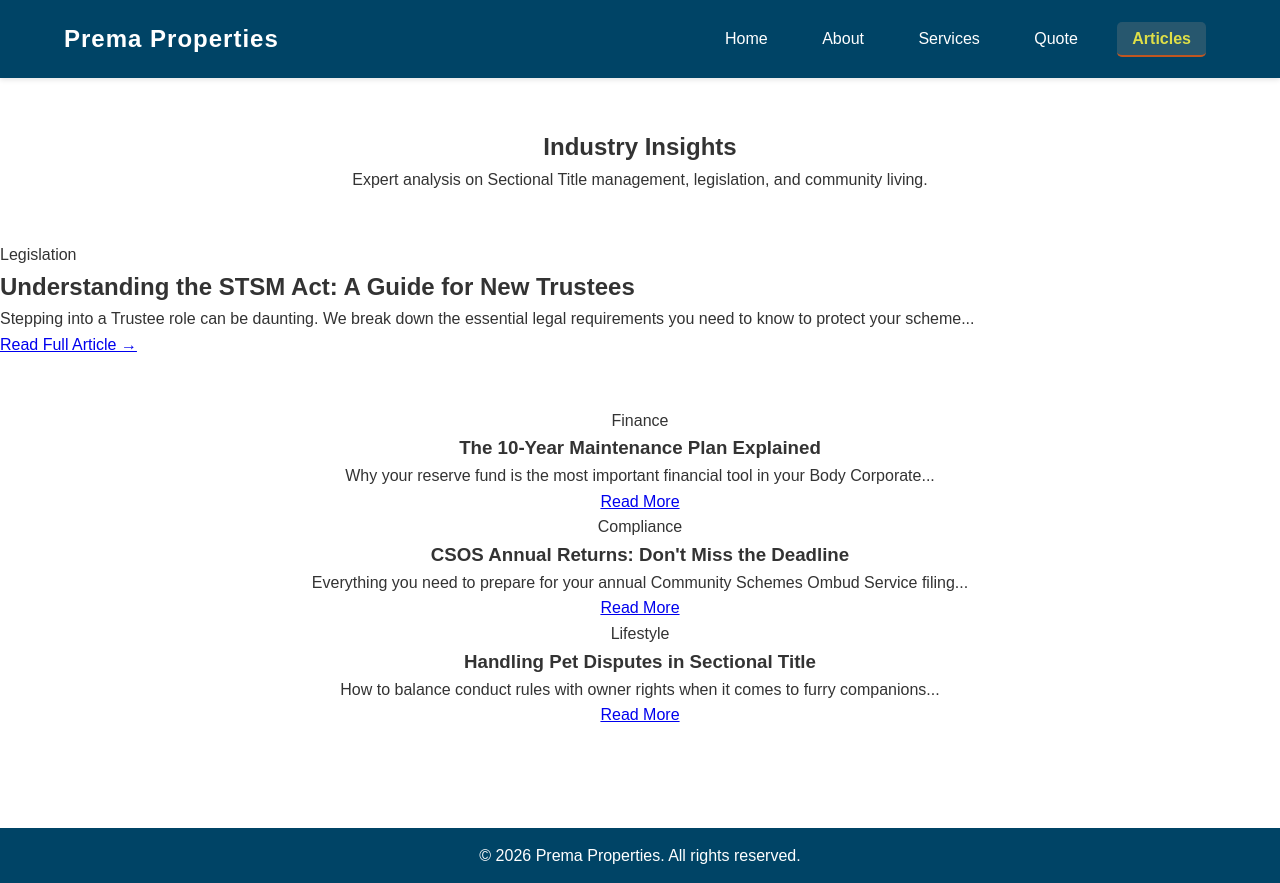
Repository: mnqobiMenzi/Prema-Properties
Page: articles.html
These files come from the project's save history. The page is drawn as it stood at one moment and after the next save; the edit follows.
The browser window is 1280 px wide. The pictures show the whole page.

Above is the page before, as saved 2026-02-08 10:23:20.

### articles.html
<!DOCTYPE html>
<html lang="en">
<head>
  <meta charset="UTF-8">
  <meta name="viewport" content="width=device-width, initial-scale=1.0">
  <title>Insights & Articles | Prema Properties</title>
  <link rel="stylesheet" href="CSS/style.css">
</head>
<body>

  <header>
    <div class="logo">Prema Properties</div>
    <nav>
      <a href="index.html">Home</a>
      <a href="about-us.html">About</a>
      <a href="services.html">Services</a>
      <a href="quote.html">Quote</a>
      <a href="#articles" class="active">Articles</a>
    </nav>
  </header>

  <main class="container reveal">
    <section class="articles-header">
      <h1>Industry Insights</h1>
      <p>Expert analysis on Sectional Title management, legislation, and community living.</p>
    </section>

    <article class="featured-post">
      <div class="post-content">
        <span class="category-tag">Legislation</span>
        <h2>Understanding the STSM Act: A Guide for New Trustees</h2>
        <p>Stepping into a Trustee role can be daunting. We break down the essential legal requirements you need to know to protect your scheme...</p>
        <a href="article-single.html" class="read-more">Read Full Article →</a>
      </div>
    </article>

    <section class="articles-grid">
      <div class="post-card">
        <span class="category-tag">Finance</span>
        <h3>The 10-Year Maintenance Plan Explained</h3>
        <p>Why your reserve fund is the most important financial tool in your Body Corporate...</p>
        <a href="#">Read More</a>
      </div>

      <div class="post-card">
        <span class="category-tag">Compliance</span>
        <h3>CSOS Annual Returns: Don't Miss the Deadline</h3>
        <p>Everything you need to prepare for your annual Community Schemes Ombud Service filing...</p>
        <a href="#">Read More</a>
      </div>

      <div class="post-card">
        <span class="category-tag">Lifestyle</span>
        <h3>Handling Pet Disputes in Sectional Title</h3>
        <p>How to balance conduct rules with owner rights when it comes to furry companions...</p>
        <a href="#">Read More</a>
      </div>
    </section>
  </main>

  <footer>
    <p>© 2026 Prema Properties. All rights reserved.</p>
  </footer>

</body>
</html>

### CSS/style.css
* {
  margin: 0;
  padding: 0;
  box-sizing: border-box;
  font-family: Arial, sans-serif;
}

.my-custom-icon {
    font-size: 24px;
    color: #0c4a6e;
}
body {
  line-height: 1.6;
  color: #333;
}

/* Header */
header {
  position: sticky;
  top: 0;
  display: flex;
  justify-content: space-between;
  align-items: center;
  padding: 15px 30px;
  background: #004466;
  color: #fff;
  z-index: 1000;
}
header .logo {
  font-size: 1.5em;
  font-weight: 700;
  font-family: 'Poppins', sans-serif;
  color: #fff;
  letter-spacing: 1px;
  display: flex;
  align-items: center;
}
header nav a {
  margin: 0 10px;
  color: #fff;
  padding: 8px 15px;
  border-radius: 5px;
  text-decoration: none;
  font-weight: 500;
  font-family: 'Poppins', sans-serif;
  transition: color 0.3s ease, border-bottom 0.3s ease;
}

header nav a:hover {
  color: #fff;
  background: rgba(128, 128, 128, 0.3);
  padding-bottom: 3px;
}
/* Active link */
header nav a.active {
  background: rgba(128, 128, 128, 0.3);
  font-weight: bold;
  color: rgb(223, 223, 71);
}
/* Hero */
.hero {
  background-image: url('C:/Users/21311/OneDrive/Desktop/Prema Properties/images/Sectional-Title-Disputes.jpg');
  background-repeat: no-repeat;
  background-size: cover;
  height: 120vh;
  width: 100%;
  background-color: #3f607d;
  color: white;
  text-align: center;
  padding: 85mm 20px;
  position: relative;
}
/* Optional: overlay for better text readability */
.hero::before {
  content: "";
  position: absolute;
  top: 0;
  left: 0;
  width: 100%;
  height: 100%;
  background: rgba(0,0,0,0.4); /* dark overlay */
  z-index: 1;
}

.hero h1, .hero p, .hero .btn {
  position: relative;
  z-index: 2; /* ensure text is above overlay */
}

.hero h1 {
  font-size: 2.5em;
}
.hero .btn {
  display: inline-block;
  margin-top: 20px;
  padding: 10px 20px;
  background: rgb(223, 223, 71);
  color: black;
  border-radius: 5px;
  text-decoration: none;
}

/* Custom color for the "Get in Touch" button */
#contact {
    /* Use a contrasting color for the primary CTA */
    /*background: #f7b731; /* A distinct gold/yellow color */
    color: #1a1a1a;      /* Ensure text is dark and readable */
}

/* Custom color for the "Get a Quote" button */
#quote {
    /* Use your brand's dark blue/teal color */
    background: #0c4a6e; /* A deep blue color */
    color: white;        /* White text for contrast */
}

.hero .btn {
  display: inline-block;
  margin-top: 20px;
  padding: 10px 20px;
  background: rgb(223, 223, 71);
  color: black;
  border-radius: 5px;
  text-decoration: none;
}

/* Optional: Custom hover effect for the 'Get a Quote' button */
#quote:hover {
    background:  rgba(128, 128, 128, 0.3); /* Darken the blue slightly on hover */
}
/* Sections */
section {
  padding: 50px 20px;
  text-align: center;
}

.services{
  background-color: rgba(219, 214, 214, 0.3);
}
.services .service-list{
    display: grid;
    justify-content: center;
    grid-template-columns: repeat(auto-fit, minmax(200px, 1fr));
    gap: 20px;
    margin-top: 20px;
}

.service {
  background-color: rgba(128, 128, 128, 0.3);
  padding: 10px 10px;
  border-radius: 10px;
  height: 100%;
  width: 100%;
  text-align: center;
}

.service .service-description{
  text-align: left;
}
/* Target the parent section */
.about {
    display: flex;
    justify-content: space-around;
    align-items: flex-start;
    padding: 40px 60px;
    margin-top: 10px;
}

.about article:first-child {
    width: 25%;
    text-align: left;
}

.about article:last-child {
    width: 65%;
    text-align: left;
}

.about-article h2{
  font-weight: bolder;
  font-size: 2.2rem;
}

section article p{
  padding-bottom: 10mm;
}

section article a{
  text-decoration: none;
  color: #352812;
  font-weight: bolder;
  font-size: 1.8rem;
}

/* Contact */
.contact form {
  display: flex;
  flex-direction: column;
  max-width: 400px;
  margin: auto;
}

.contact input, .contact textarea {
  margin-bottom: 15px;
  padding: 10px;
  border: 1px solid #ddd;
  border-radius: 5px;
}

.contact button {
  padding: 10px;
  border: none;
  background: #004466;
  color: white;
  cursor: pointer;
  border-radius: 5px;
}


.choose-content {
  display: flex;              /* Makes text + image side by side */
  align-items: center;        /* Aligns them vertically */
  justify-content: space-between;
  gap: 20px;                  /* Space between text and image */
}

.choose-text {
  flex: 1;                    /* Take available space */
  max-width: 50%;             /* Text side only half width */
}

.choose-text h3 {
  font-size: 1.5rem;
  margin-bottom: 15px;
  color: #333;
}

.choose-text p {
  line-height: 1.6;
  color: #555;
  text-align
}

.choose-image {
  flex: 1;
  max-width: 50%;             /* Image takes half width */
}

.choose-image img {
  width: 100%;
  height: auto;
  border-radius: 10px;        /* Rounded corners for style */
  box-shadow: 0 4px 10px rgba(0,0,0,0.1); /* Subtle shadow */
}
.contact button:hover {
  background: #00334d;
}



/*About Page*/
/* Color Palette */
:root {
  --primary: #1a365d; /* Professional Navy */
  --secondary: #c05621; /* Earthy accent for trust */
  --light-bg: #f7fafc;
  --text-dark: #2d3748;
}

/* Header/Nav Updates */
header {
  display: flex;
  justify-content: space-between;
  align-items: center;
  padding: 20px 5%;
  /* background: white; */
  box-shadow: 0 2px 5px rgba(0,0,0,0.1);
}

nav a {
  margin-left: 20px;
  text-decoration: none;
  color: var(--text-dark);
  font-weight: 500;
}

nav a.active { color: var(--secondary); border-bottom: 2px solid var(--secondary); }

/* About Page Layout */
.about-container {
  padding: 60px 5%;
  color: var(--text-dark);
}

.about-hero {
  text-align: center;
  padding-bottom: 50px;
}

.about-hero h1 { font-size: 2.5rem; color: var(--primary); }

.lead { font-size: 1.2rem; color: #718096; max-width: 700px; margin: 10px auto; }

/* Values Grid */
.values-grid {
  display: grid;
  grid-template-columns: repeat(auto-fit, minmax(280px, 1fr));
  gap: 30px;
  margin-top: 50px;
}

.value-item {
  background: white;
  padding: 40px;
  border-radius: 12px;
  border-bottom: 4px solid var(--primary);
  box-shadow: 0 10px 15px -3px rgba(0,0,0,0.1);
  text-align: center;
}

.value-item .icon { font-size: 2.5rem; display: block; margin-bottom: 15px; }

.value-item h3 { color: var(--primary); margin-bottom: 10px; }

/* --- Director Section --- */

.director-section {
  padding: 80px 5%;
  background-color: #ffffff; /* Contrast against the light-bg used elsewhere */
}

.director-container {
  display: flex;
  align-items: center;
  justify-content: center;
  gap: 60px;
  max-width: 1100px;
  margin: 0 auto;
}

.director-image {
  flex: 1;
  max-width: 400px;
}

.director-image img {
  width: 100%;
  height: auto;
  border-radius: 8px;
  /* Using your primary color for a sophisticated shadow effect */
  box-shadow: 20px 20px 0px var(--light-bg), 21px 21px 0px var(--primary);
}

.director-info {
  flex: 1.5;
}

.director-info .label {
  color: var(--secondary);
  text-transform: uppercase;
  font-weight: 700;
  font-size: 0.85rem;
  letter-spacing: 1.5px;
  display: block;
  margin-bottom: 10px;
}

.director-info h2 {
  font-size: 2.5rem;
  color: var(--primary);
  margin: 0 0 5px 0;
}

.credentials {
  font-size: 1.1rem;
  color: #4a5568;
  font-weight: 600;
  margin-bottom: 20px;
}

.director-info p {
  margin-bottom: 15px;
  line-height: 1.8;
  color: var(--text-dark);
}

.director-social {
  margin-top: 25px;
}

.linkedin-link {
  display: inline-flex;
  align-items: center;
  color: var(--primary);
  text-decoration: none;
  font-weight: bold;
  transition: color 0.3s ease;
}

.linkedin-link:hover {
  color: var(--secondary);
}

/* --- Responsive Adjustments --- */

@media (max-width: 992px) {
  .director-container {
    flex-direction: column;
    text-align: center;
    gap: 40px;
  }

  .director-image img {
    box-shadow: 15px 15px 0px var(--light-bg); /* Simplified for mobile */
  }

  .linkedin-link {
    justify-content: center;
  }
}

/* Contact Page Layout */
.contact-page {
  padding: 100px 5%;
}

.contact-wrapper {
  display: grid;
  grid-template-columns: 1fr 1.2fr;
  gap: 80px;
  background: var(--white);
  border-radius: 15px;
}

.contact-info h2 {
  font-size: 2.5rem;
  color: var(--primary);
  margin-bottom: 20px;
}

.info-details {
  margin-top: 40px;
}

.info-item {
  margin-bottom: 25px;
}

.info-item strong {
  display: block;
  color: var(--secondary);
  font-size: 0.9rem;
  text-transform: uppercase;
  margin-bottom: 5px;
}

/* Form Styling */
.contact-form-container {
  background: var(--light-bg);
  padding: 40px;
  border-radius: 12px;
  box-shadow: 0 10px 30px rgba(0,0,0,0.05);
}

.form-group {
  margin-bottom: 20px;
}

input, select, textarea {
  width: 100%;
  padding: 15px;
  border: 1px solid #dddddd;
  border-radius: 5px;
  font-family: inherit;
  font-size: 1rem;
  transition: var(--transition);
}

input:focus, select:focus, textarea:focus {
  outline: none;
  border-color: var(--primary);
  box-shadow: 0 0 0 3px rgba(26, 54, 93, 0.1);
}

.submit-btn {
  width: 100%;
  background: var(--primary);
  color: white;
  padding: 15px;
  border: none;
  border-radius: 5px;
  font-weight: 700;
  text-transform: uppercase;
  cursor: pointer;
  transition: var(--transition);
}

.submit-btn:hover {
  background: var(--secondary);
  transform: translateY(-2px);
}

/* Mobile Responsive */
@media (max-width: 992px) {
  .contact-wrapper {
    grid-template-columns: 1fr;
    gap: 50px;
  }
}

/* Services Page Layout */
.services-page {
  padding: 80px 5%;
}

.services-intro {
  text-align: center;
  margin-bottom: 60px;
}

.services-intro h2 {
  font-size: 2.5rem;
  color: var(--primary);
  margin-top: 10px;
}

/* Service Grid */
.service-grid {
  display: grid;
  grid-template-columns: repeat(auto-fit, minmax(280px, 1fr));
  gap: 30px;
}

.service-card {
  background: var(--white);
  padding: 40px;
  border-radius: 12px;
  border: 1px solid #e2e8f0;
  transition: var(--transition);
  display: flex;
  flex-direction: column;
}

.service-card:hover {
  transform: translateY(-10px);
  border-color: var(--secondary);
  box-shadow: 0 20px 25px -5px rgba(0, 0, 0, 0.1);
}

.service-icon {
  font-size: 2.5rem;
  margin-bottom: 20px;
}

.service-card h3 {
  color: var(--primary);
  margin-bottom: 15px;
  font-size: 1.4rem;
}

.service-card p {
  color: #4a5568;
  font-size: 0.95rem;
  margin-bottom: 20px;
  flex-grow: 1;
}

.service-features {
  list-style: none;
  padding: 0;
  border-top: 1px solid #edf2f7;
  padding-top: 15px;
}

.service-features li {
  font-size: 0.85rem;
  color: var(--text-dark);
  margin-bottom: 8px;
  font-weight: 600;
  display: flex;
  align-items: center;
}

.service-features li::before {
  content: "✓";
  color: var(--secondary);
  margin-right: 10px;
  font-weight: bold;
}

/* Appointment Specifics */
.appointment-grid {
  display: grid;
  grid-template-columns: 1fr 1.5fr;
  gap: 60px;
  padding: 80px 0;
}

.appointment-info h2 {
  font-size: 2.8rem;
  color: var(--primary);
  margin-bottom: 20px;
}

.meeting-types {
  margin-top: 30px;
}

.m-type {
  padding: 15px;
  background: var(--light-bg);
  border-left: 4px solid var(--secondary);
  margin-bottom: 15px;
  border-radius: 0 8px 8px 0;
}

.m-type strong {
  display: block;
  color: var(--primary);
}

.m-type span {
  font-size: 0.85rem;
  color: #666;
}

/* Booking Card */
.booking-card {
  background: white;
  padding: 40px;
  border-radius: 15px;
  box-shadow: 0 15px 35px rgba(0,0,0,0.1);
}

.form-row {
  display: flex;
  gap: 20px;
  margin-bottom: 20px;
}

.form-row input {
  flex: 1;
}

label {
  display: block;
  font-weight: 700;
  margin-bottom: 8px;
  font-size: 0.9rem;
  color: var(--primary);
}

/* Responsive */
@media (max-width: 850px) {
  .appointment-grid {
    grid-template-columns: 1fr;
  }
}

/* Quote Page Styles */
.quote-header {
  text-align: center;
  padding: 60px 0 40px;
}

.quote-header h1 {
  color: var(--primary);
  font-size: 2.5rem;
}

.quote-container {
  max-width: 800px;
  margin: 0 auto;
  background: var(--white);
  padding: 40px;
  border-radius: 12px;
  box-shadow: 0 10px 40px rgba(0,0,0,0.05);
  border-top: 6px solid var(--secondary);
}

.form-section {
  margin-bottom: 40px;
}

.form-section h3 {
  color: var(--primary);
  border-bottom: 1px solid #eee;
  padding-bottom: 10px;
  margin-bottom: 20px;
  font-size: 1.2rem;
}

.form-hint {
  font-size: 0.9rem;
  margin-bottom: 15px;
  color: #666;
}

/* Checkbox Grid */
.checkbox-grid {
  display: grid;
  grid-template-columns: 1fr 1fr;
  gap: 15px;
  margin-bottom: 20px;
}

.checkbox-grid label {
  display: flex;
  align-items: center;
  gap: 10px;
  font-weight: normal;
  cursor: pointer;
  background: var(--light-bg);
  padding: 10px;
  border-radius: 5px;
  transition: var(--transition);
}

.checkbox-grid label:hover {
  background: #edf2f7;
}

.checkbox-grid input[type="checkbox"] {
  width: auto;
  margin: 0;
}

/* FAQ Specific Styles */
.faq-header {
  text-align: center;
  padding: 60px 0 40px;
}

.faq-container {
  max-width: 800px;
  margin: 0 auto 100px;
}

.faq-item {
  border-bottom: 1px solid #e2e8f0;
  margin-bottom: 10px;
}

.faq-question {
  width: 100%;
  padding: 20px;
  background: none;
  border: none;
  display: flex;
  justify-content: space-between;
  align-items: center;
  text-align: left;
  font-size: 1.15rem;
  font-weight: 600;
  color: var(--primary);
  cursor: pointer;
  transition: var(--transition);
}

.faq-question:hover {
  color: var(--secondary);
}

.faq-question span {
  font-size: 1.5rem;
  color: var(--secondary);
  transition: transform 0.3s ease;
}

.faq-answer {
  max-height: 0;
  overflow: hidden;
  transition: max-height 0.3s ease-out;
  padding: 0 20px;
}

.faq-answer p {
  padding-bottom: 20px;
  color: #4a5568;
  line-height: 1.8;
}

/* State when active */
.faq-item.active .faq-answer {
  max-height: 300px; /* Adjust based on content length */
}

.faq-item.active .faq-question span {
  transform: rotate(45deg); /* Turns + into x or - */
}

/* Footer */
footer {
  background: var(--primary);
  color: white;
  text-align: center;
  padding: 30px;
  margin-top: 50px;
}

/* Footer */
footer {
  background: #004466;
  color: #fff;
  text-align: center;
  padding: 15px;
}

After the next save:
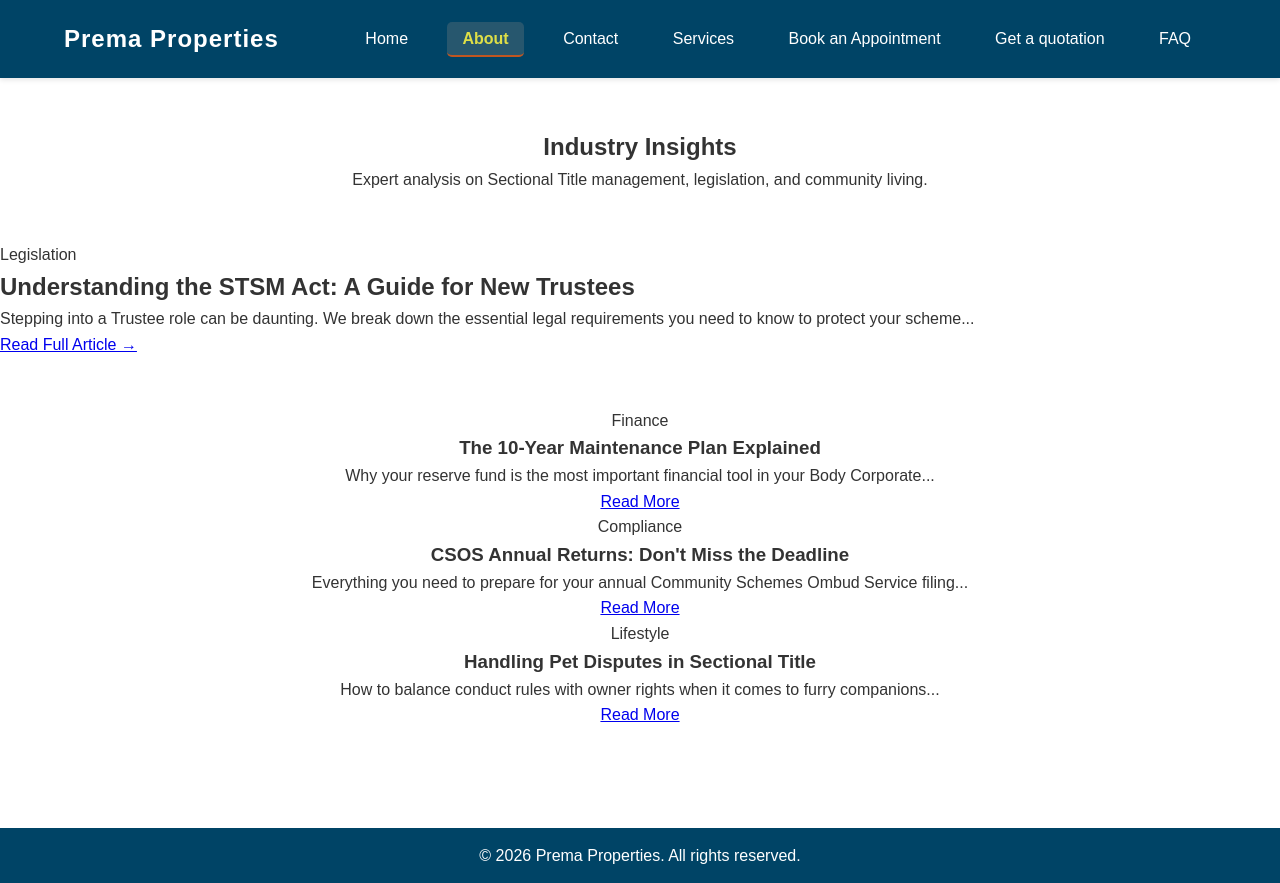
Saved 24 s later.
--- a/articles.html
+++ b/articles.html
@@ -3,19 +3,22 @@
 <head>
   <meta charset="UTF-8">
   <meta name="viewport" content="width=device-width, initial-scale=1.0">
-  <title>Insights & Articles | Prema Properties</title>
+  <title>Prema Properties</title>
   <link rel="stylesheet" href="CSS/style.css">
 </head>
 <body>
 
+  <!-- Header / Navigation -->
   <header>
     <div class="logo">Prema Properties</div>
     <nav>
       <a href="index.html">Home</a>
-      <a href="about-us.html">About</a>
+      <a href="#about" class="active">About</a>
+      <a href="contact-us.html">Contact</a>
       <a href="services.html">Services</a>
-      <a href="quote.html">Quote</a>
-      <a href="#articles" class="active">Articles</a>
+      <a href="appointment.html">Book an Appointment</a>
+      <a href="quote.html">Get a quotation</a>
+      <a href="FAQ.html">FAQ</a>
     </nav>
   </header>
 

After the save that followed:
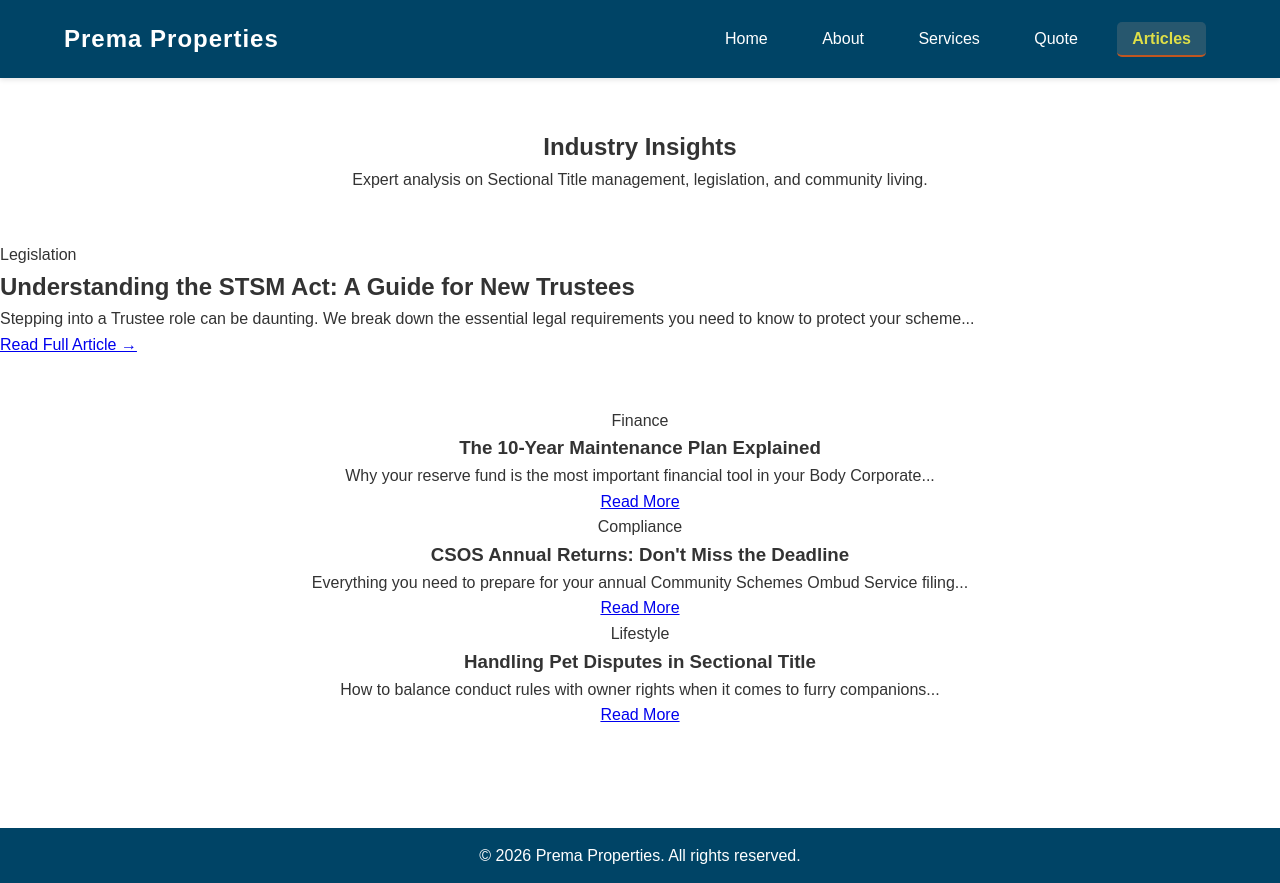
Saved 26 s later.
--- a/articles.html
+++ b/articles.html
@@ -3,22 +3,19 @@
 <head>
   <meta charset="UTF-8">
   <meta name="viewport" content="width=device-width, initial-scale=1.0">
-  <title>Prema Properties</title>
+  <title>Insights & Articles | Prema Properties</title>
   <link rel="stylesheet" href="CSS/style.css">
 </head>
 <body>
 
-  <!-- Header / Navigation -->
   <header>
     <div class="logo">Prema Properties</div>
     <nav>
       <a href="index.html">Home</a>
-      <a href="#about" class="active">About</a>
-      <a href="contact-us.html">Contact</a>
+      <a href="about-us.html">About</a>
       <a href="services.html">Services</a>
-      <a href="appointment.html">Book an Appointment</a>
-      <a href="quote.html">Get a quotation</a>
-      <a href="FAQ.html">FAQ</a>
+      <a href="quote.html">Quote</a>
+      <a href="#articles" class="active">Articles</a>
     </nav>
   </header>
 
